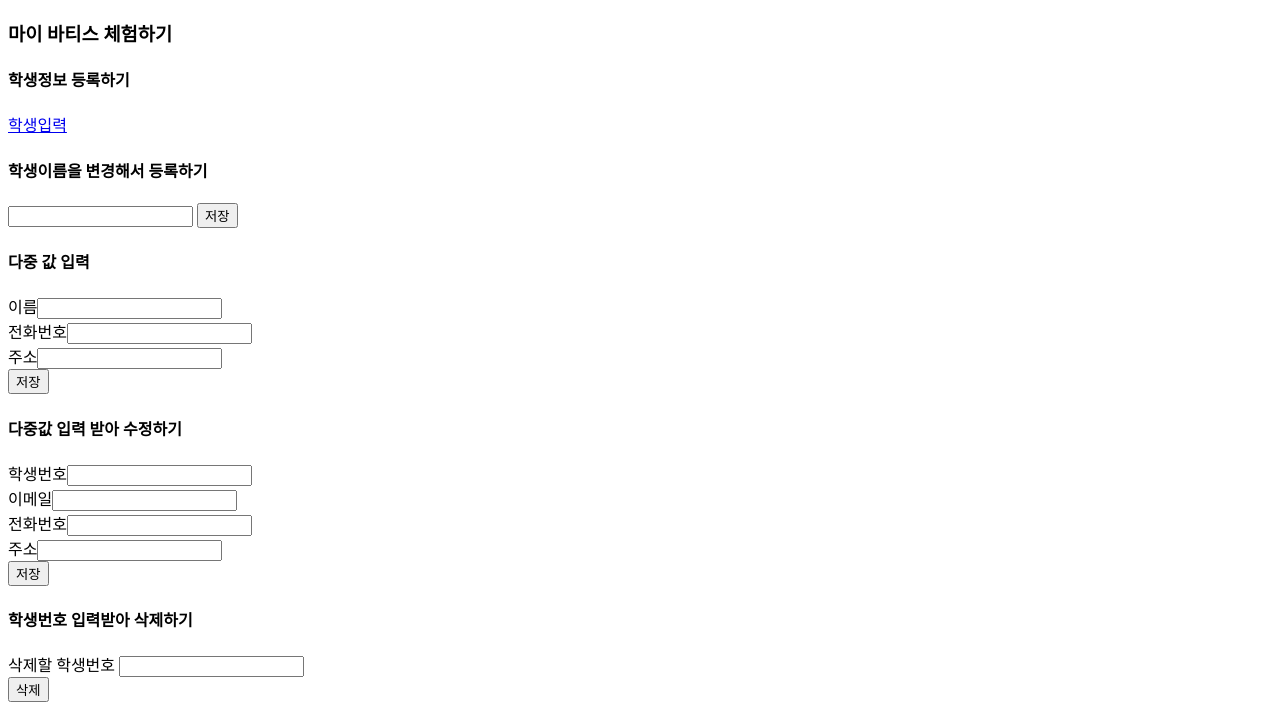
Repository: Jiwon-cho/Mybatis_Practice
Page: http://localhost/01_mybatis/
An editor plug-in stored every save of this project. The page is shown before and after the next save, followed by the edit.
The browser window is 1280 px wide. The pictures show the whole page.
The page is served by Tomcat 9. Other server files are loaded and not shown.

Above is the page before, as saved 2021-06-23 10:50:36.

### 01_mybatis/web/index.jsp
<%@ page language="java" contentType="text/html; charset=UTF-8"
    pageEncoding="UTF-8"%>
<%@ taglib prefix="c" uri="http://java.sun.com/jsp/jstl/core" %>
<%@ taglib prefix="fmt" uri="http://java.sun.com/jsp/jstl/fmt" %>
<%@ taglib prefix="fn" uri="http://java.sun.com/jsp/jstl/functions" %>
<c:set var="path" value="${pageContext.request.contextPath }"/>
<!DOCTYPE html>
<html>
<head>
<meta charset="UTF-8">
<title>마이바티스 사용하기</title>
</head>
<body>
	<h3>마이 바티스 체험하기</h3>
	<h4>학생정보 등록하기</h4>
	<a href="${path }/insertStudent">학생입력</a>
	<h4>학생이름을 변경해서 등록하기</h4>
	<form action="${path }/insertStudentName" method="post">
	<input type="text" name="name">
	<input type="submit" value="저장">
	</form>
	<h4>다중 값 입력</h4>
	<form action="${path }/insertStudentData" method="post">
	이름<input type="text" name="name"><br>
	전화번호<input type="text" name="phone"><br>
	주소<input type="text" name="addr"><br>
	<input type="submit" value="저장">
	</form>

	<h4>다중값 입력 받아 수정하기</h4>
	<form action="${path }/updateStudent" method="post">
	학생번호<input type="number" name="no"><br>
	이메일<input type="text" name="email"><br>
	전화번호<input type="text" name="phone"><br>
	주소<input type="text" name="addr"><br>
	<input type="submit" value="저장">
	</form>
	<h4>학생번호 입력받아 삭제하기</h4>
	<form action="${path }/deleteStudent" method="post">
		삭제할 학생번호 <input type="number" name="no"><br>
		<input type="submit" value="삭제">
	</form>
</body>
</html>

After the next save:
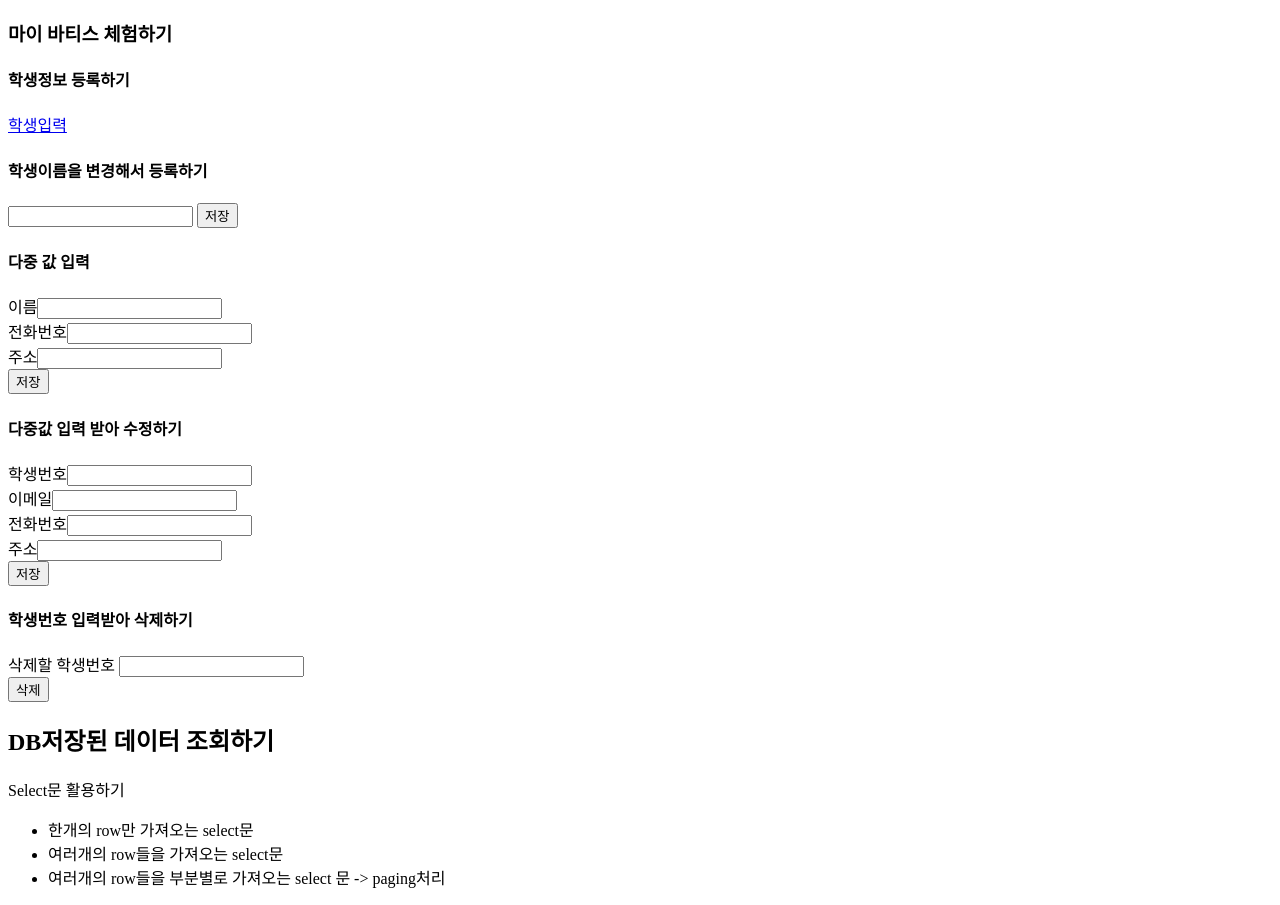
Saved 26 min 0 s later.
--- a/01_mybatis/web/index.jsp
+++ b/01_mybatis/web/index.jsp
@@ -40,5 +40,14 @@
 		삭제할 학생번호 <input type="number" name="no"><br>
 		<input type="submit" value="삭제">
 	</form>
+
+	<h2>DB저장된 데이터 조회하기</h2>
+	<P>Select문 활용하기</P>
+	<ul>
+		<li>한개의 row만 가져오는 select문</li>
+		<li>여러개의 row들을 가져오는 select문</li>
+		<li>여러개의 row들을 부분별로 가져오는 select 문 -> paging처리</li>
+
+	</ul>
 </body>
 </html>
